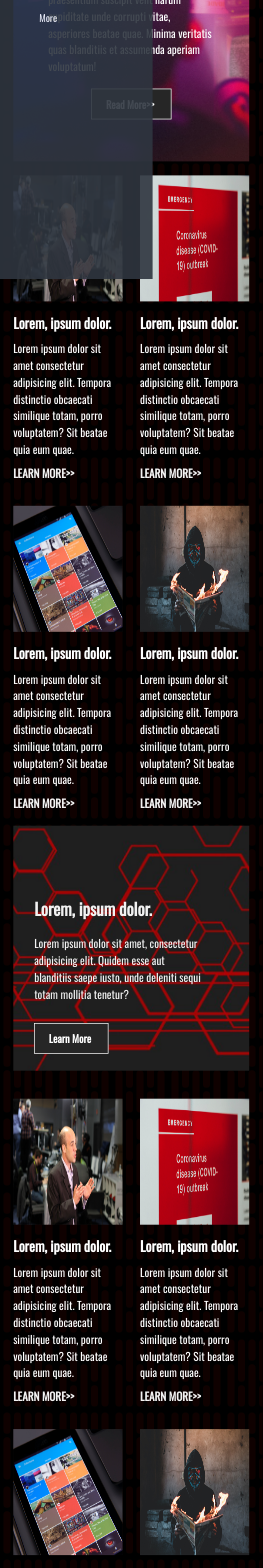
Repository: NickArregoces/News_Web
Page: index.html
An editor plug-in stored every save of this project. The page is shown before and after a run of saves, followed by the edit.
The browser window is 375 px wide. The pictures show the part of the page from y = 402 to 2642 px (the page is 4243 px tall before and 5363 px after), at 70% of full size.

Above is the page before, as saved 2021-12-24 21:10:44.

After the next 3 saves:
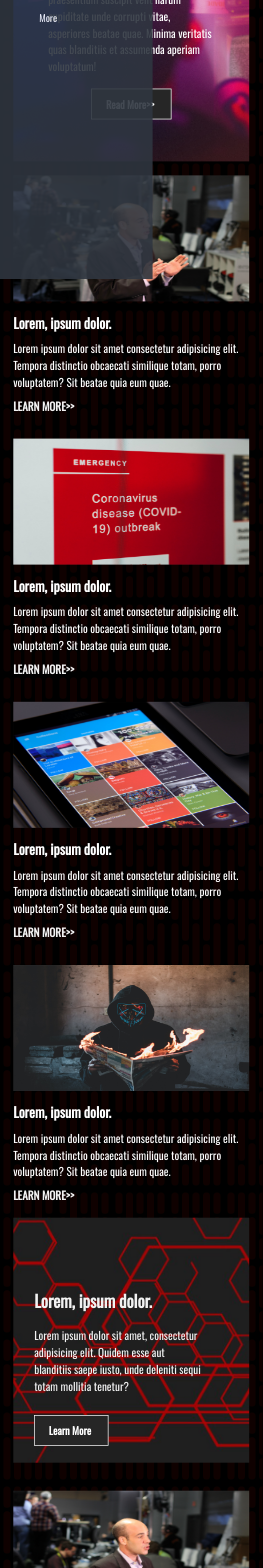
The 3 saves are shown as one change because they came seconds apart.
The last was saved 9 s later.
--- a/style.Css
+++ b/style.Css
@@ -272,6 +272,6 @@
 
 @media (max-width: 500px) {
     .news-cards {
-        grid-template-columns: ;
-    }
-}
+        grid-template-columns: repeat(1, 1fr);
+    }
+}

After the save that followed:
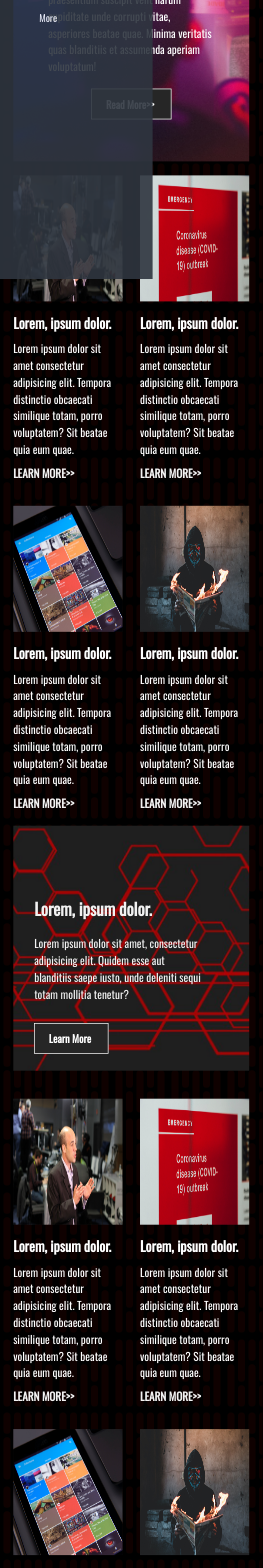
Saved 5 s later.
--- a/style.Css
+++ b/style.Css
@@ -272,6 +272,6 @@
 
 @media (max-width: 500px) {
     .news-cards {
-        grid-template-columns: repeat(1, 1fr);
-    }
-}
+        grid-template-columns: repeat(1fr);
+    }
+}
